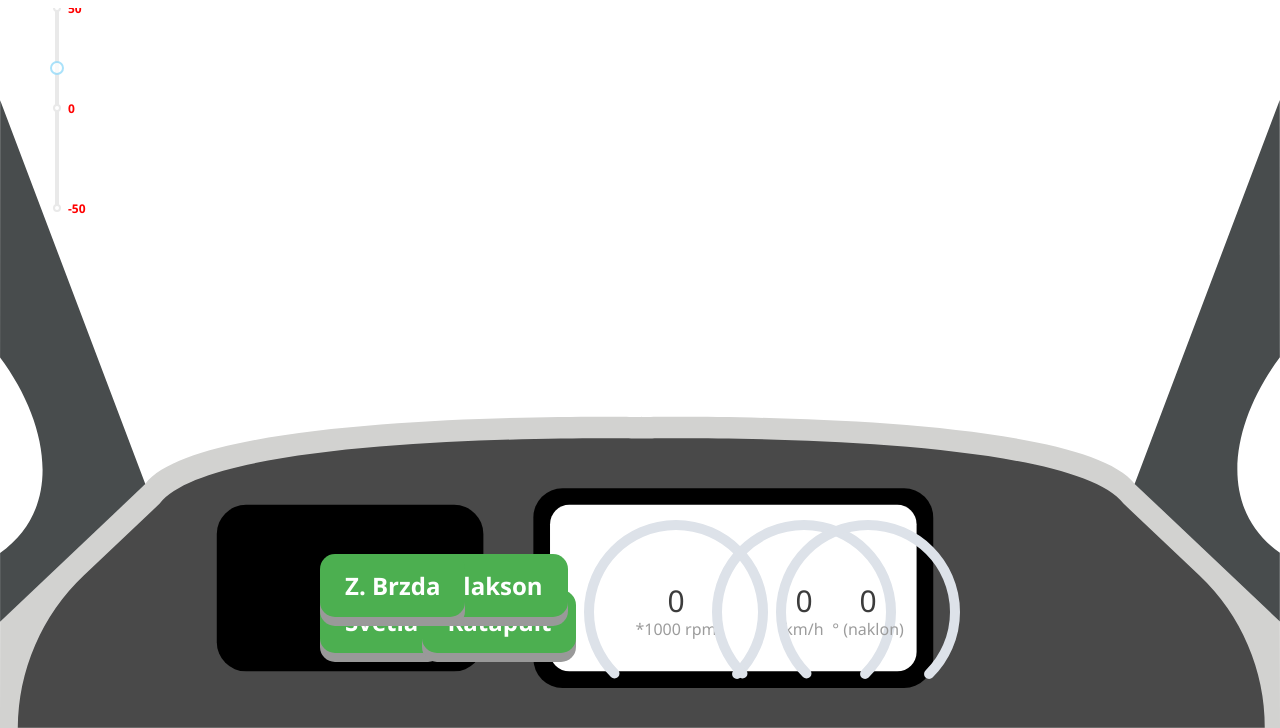
Repository: matyasvelc/train
Page: / (app in frontend/)
These files come from the project's save history. The page is drawn as it stood at one moment and after the next save; the edit follows.
The browser window is 1280 px wide. The pictures show the whole page.
The page's requests for data from a server got no answer. The project was rebuilt for these pictures with package versions that can differ from the ones it lists, and the page was loaded fresh each time. No one was signed in, and anything a server would have sent is missing.

Above is the page before, as saved 2022-04-04 16:55:26.

After the next save:
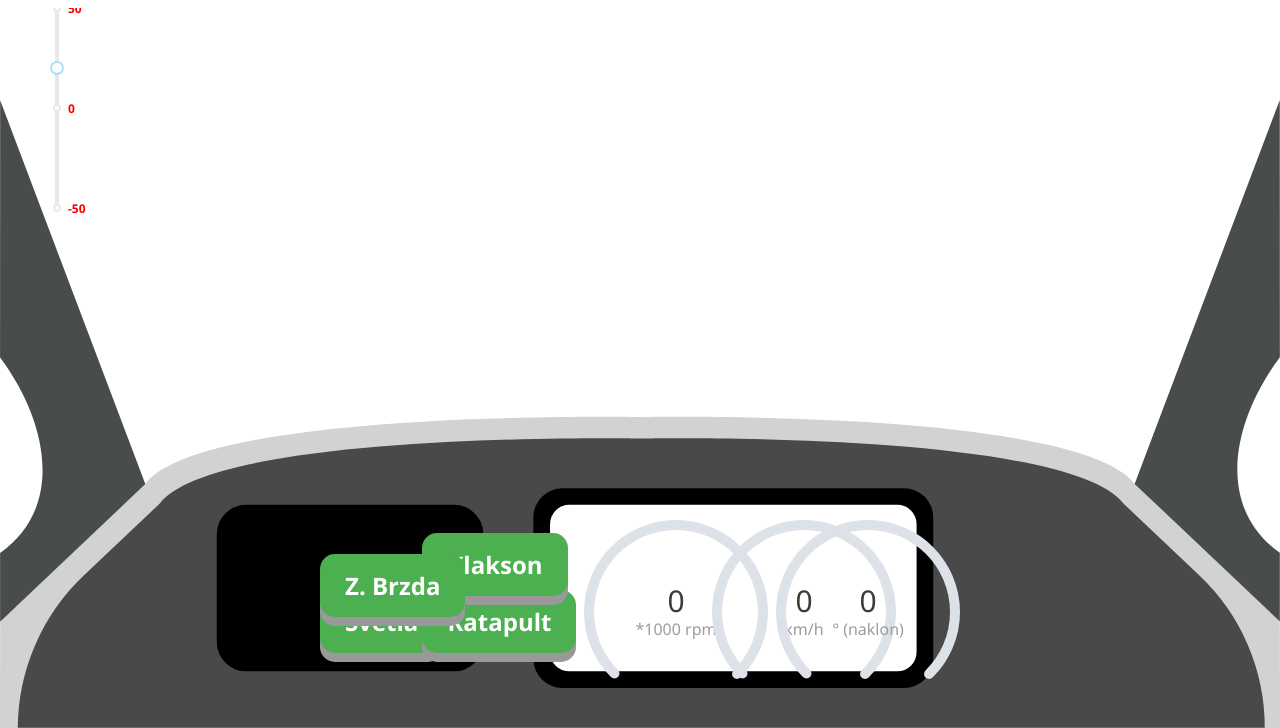
Saved 11 s later.
--- a/frontend/src/styles.css
+++ b/frontend/src/styles.css
@@ -79,7 +79,7 @@ body {
 }
 .c{
   position: absolute;
-  top: 77%;
+  top: 74%;
   left: 33%;
 }
 .d{
